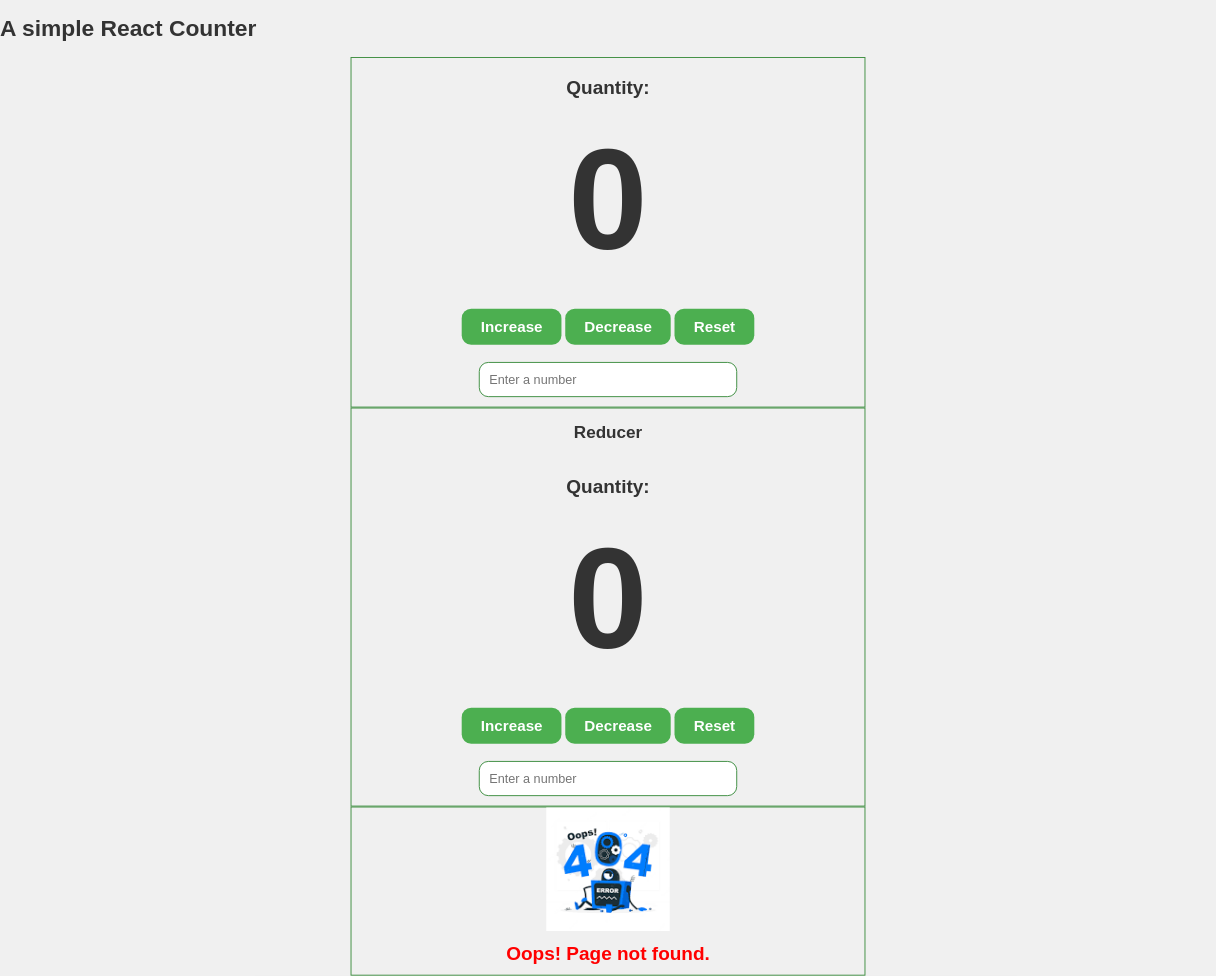
Repository: qudos4real/altschool-second-sem
Page: /
These files come from the project's save history. The page is drawn as it stood at one moment and after the next save; the edit follows.
The browser window is 1280 px wide. The pictures show the whole page, at 95% of full size.
The project was rebuilt for these pictures with package versions that can differ from the ones it lists, and the page was loaded fresh each time. Also part of the build but not shown: src/App.css, src/Components/ErrorBoundary.js.

Above is the page before, as saved 2022-11-04 15:46:21.

### src/App.js
import React from 'react';
import Counter from './Components/Counter';
import './App.css';
import Reducer from './Components/Reducer';
import Home from './Components/Home';
import NotFound from './Components/NotFound';
import ErrorBoundary from './Components/ErrorBoundary';
import { BrowserRouter as Router, Route, Routes, Link } from 'react-router-dom';



function App() {
  return (
    <>
    <Home />
    <Counter />
    <Reducer />
    <NotFound />
    <ErrorBoundary />

    </>

    // <Router>
    //   <ErrorBoundary >
    //   <nav>
    //     <Link to="/">Home</Link>
    //     <Link to="counter">Counter</Link>
    //     <Link to="reducer">Reducer</Link>
    //     <Link to="ErrorBoundary">ErrorBoundary</Link>
    //     </nav>
    //   <Routes>
    //     <Route path="/" element={<Home />} />
    //     <Route path="/counter" element={<Counter />} />
    //     <Route path="/reducer" element={<Reducer />} />
    //     <Route path="ErrorBoundary" element={<ErrorBoundary />} />
    //     <Route path="*" element={<NotFound />} />
    //   </Routes>
    //   </ErrorBoundary>
    // </Router>
  )
}

export default App

### src/Components/Counter.js
import React from "react";
import { useCounter } from "../hooks/useCounter";
import "../CSS/Counter.css";

function Counter() {
  const quantity = useCounter(0);
  return (
    <div className="container">
      <h3 className="label ">Quantity: </h3>
      <h3 className="value ">{quantity.count} </h3>
      <br />
      <div>
        <button className="btn " onClick={quantity.increment}>
          Increase
        </button>
        <button className="btn " onClick={quantity.decrement}>
          Decrease
        </button>
        <button className="btn " onClick={quantity.reset}>
          Reset
        </button>
      </div>
      <br />
      <input placeholder="Enter a number" className="input "
        type="number"
        onChange={(e) => quantity.setValue(e.target.value)}
      />
    </div>
  );
}

export default Counter;

### src/Components/Reducer.js
import React from "react";
import { useReducer } from "react";
import { reducer } from "../hooks/reducer.1";
import "../CSS/Counter.css"

function Reducer() {
  const [state, dispatch] = useReducer(reducer, { count: 0 });
  return (
    <div className="container">
      <h2>Reducer</h2>

      <h3 className="label "> Quantity: </h3>
      <h3 className="value ">{state.count}</h3>
      <br />
      <div>
      <button className="btn " onClick={() => dispatch({ type: "increment" })}>Increase</button>
      <button className="btn " onClick={() => dispatch({ type: "decrement" })}>Decrease</button>
      <button className="btn " onClick={() => dispatch({ type: "reset" })}>Reset</button>
      </div>
      <br />
      <input
        type="number" placeholder="Enter a number" className="input "
        onMouseLeave={(e) => dispatch({ type: "setValue", value: e.target.value })}
      />
    </div>
  );
}

export default Reducer;

### src/Components/Home.js
import React from "react";
import { Outlet } from "react-router-dom";

function Home() {
  return (
    <div>
      <h1>A simple React Counter</h1>
        <Outlet />

    </div>
  );
}

export default Home;

### src/Components/NotFound.js
import React from 'react'
import image from '../img/404.png'

const NotFound = () => {
    return (
        <div className='container'>
            <img src={image} alt="" />
            <h1 className='notFound'>
            Oops! Page not found.
            </h1>
        </div>
    )
}

export default NotFound

### src/hooks/useCounter.js
import { useState } from "react";

export const useCounter = (initialValue) => {
    const [count, setCount] = useState(initialValue);
    const increment = () => {
        setCount(count + 1);
    };
    const decrement = () => {
        count > 0 && setCount(count - 1);
    };
    const reset = () => {
        setCount(initialValue);
    };
    const setValue = (value) => {
        setCount(value);
    };
    return { count, increment, decrement, reset, setValue };
};

### src/CSS/Counter.css
body {
  background-color: #f0f0f0;
  font-family: Arial, Helvetica, sans-serif;
  font-size: 12px;
  color: #333;
  margin: 0;
  padding: 0;
  box-sizing: border-box;
}
.container {
  width: 50%;
  max-width: 500px;
  margin: 0 auto;
  padding: 0 20px;
  display: flex;
  justify-content: center;
  align-items: center;
  flex-direction: column;
  border: 1px solid #3e8e41;
}

.btn {
  background-color: #4caf50;
  border: none;
  color: white;
  padding: 10px 20px;
  text-align: center;
  text-decoration: none;
  display: inline-block;
  font-size: 16px;
  margin: 4px 2px;
  cursor: pointer;
  border-radius: 10px;
  font-weight: bold;
}
.btn:hover {
  background-color: #3e8e41;
}
.input {
  width: 50%;
  max-width: 500px;
  padding: 10px;
  border: 1px solid #3e8e41;
  border-radius: 10px;
  margin-bottom: 10px;
}
.label {
  font-size: 20px;
  font-weight: bold;
  margin-bottom: 10px;
}
.value {
  font-size: 150px;
  font-weight: bold;
  margin-bottom: 10px;
  margin-top: 10px;
}
.notFound{
    font-size: 20px;
    font-weight: bold;
    margin-bottom: 10px;
    color: red;
}

### src/hooks/reducer.1.js
export function reducer(state, action) {
    switch (action.type) {
        case "increment":
            return { count: state.count + 1 };
        case "decrement":
            return { count: state.count - 1 };
        case "reset":
            return { count: 0 };
        case "setValue":
            return { count: action.value };
        default:
            return state;
    }
}

Loaded but not shown: public/index.html (common file); src/index.js (common file); src/index.css (common file); src/reportWebVitals.js (common file)

After the next save:
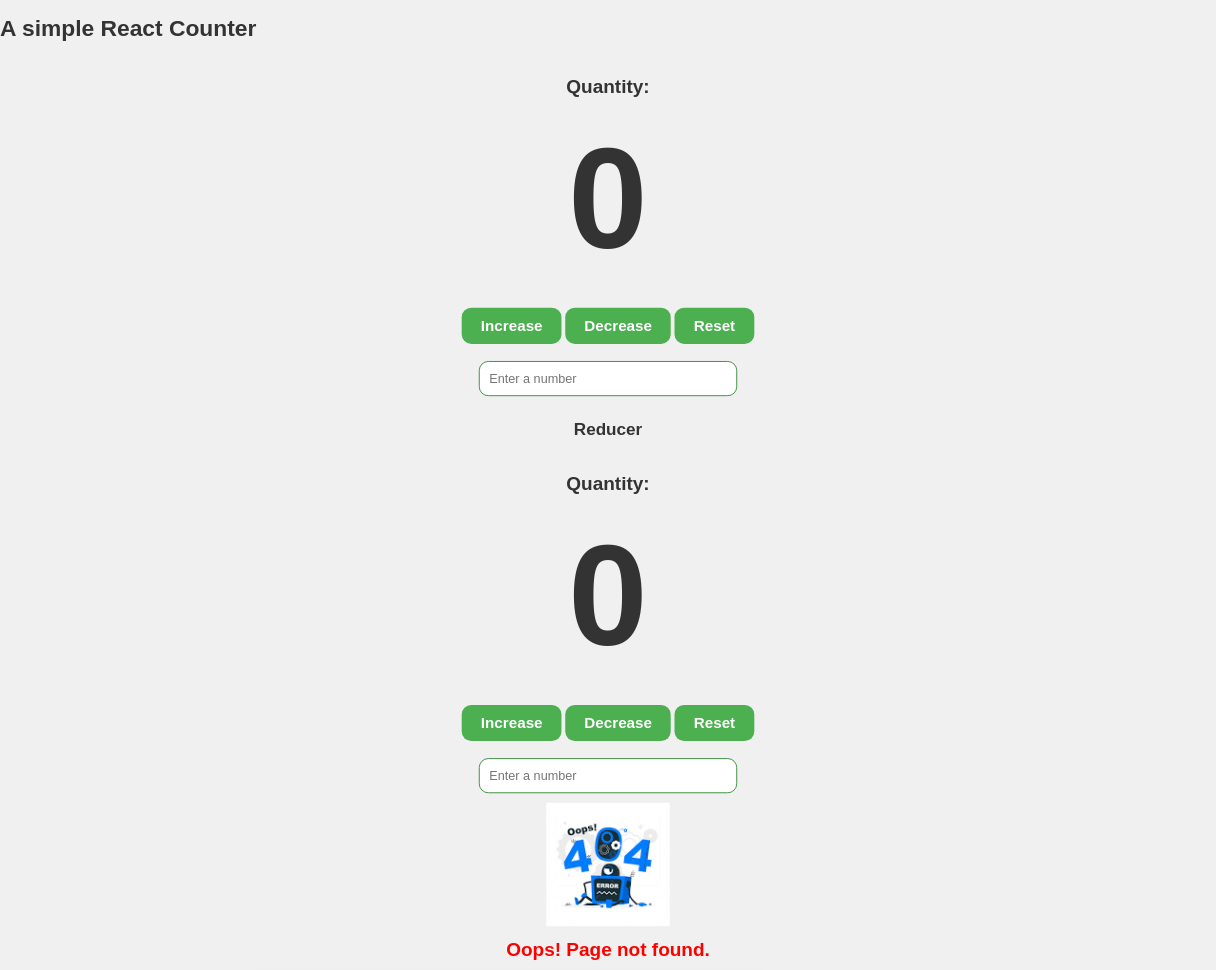
Saved 16 s later.
--- a/src/CSS/Counter.css
+++ b/src/CSS/Counter.css
@@ -16,7 +16,7 @@ body {
   justify-content: center;
   align-items: center;
   flex-direction: column;
-  border: 1px solid #3e8e41;
+  /* border: 1px solid #3e8e41; */
 }
 
 .btn {
